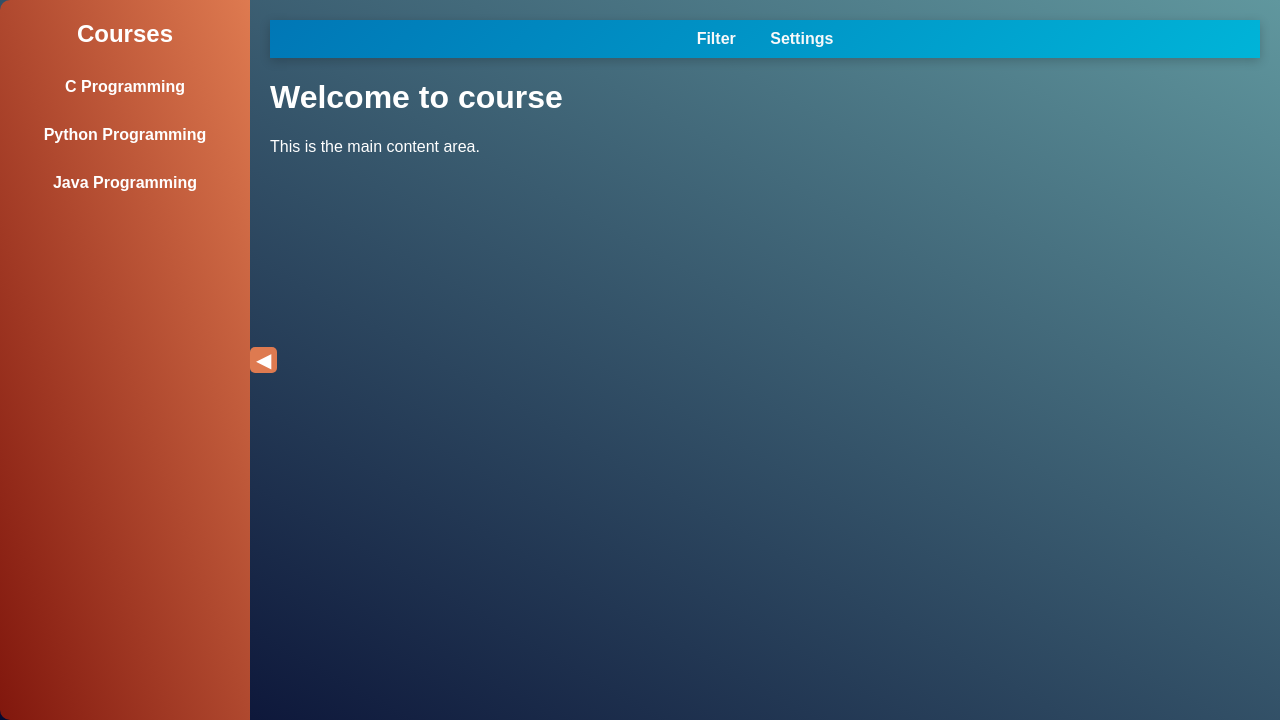
Repository: RishitSharma88/SeaGro
Page: templates/coursetemp.html
These files come from the project's save history. The page is drawn as it stood at one moment and after the next save; the edit follows.
The browser window is 1280 px wide. The pictures show the whole page.
The template is drawn by Flask 3. The application's start-up code is not run. The template is opened directly, without the code that normally fills it, so the values that code supplies are empty.

Above is the page before, as saved 2024-12-27 14:37:25.

After the next save:
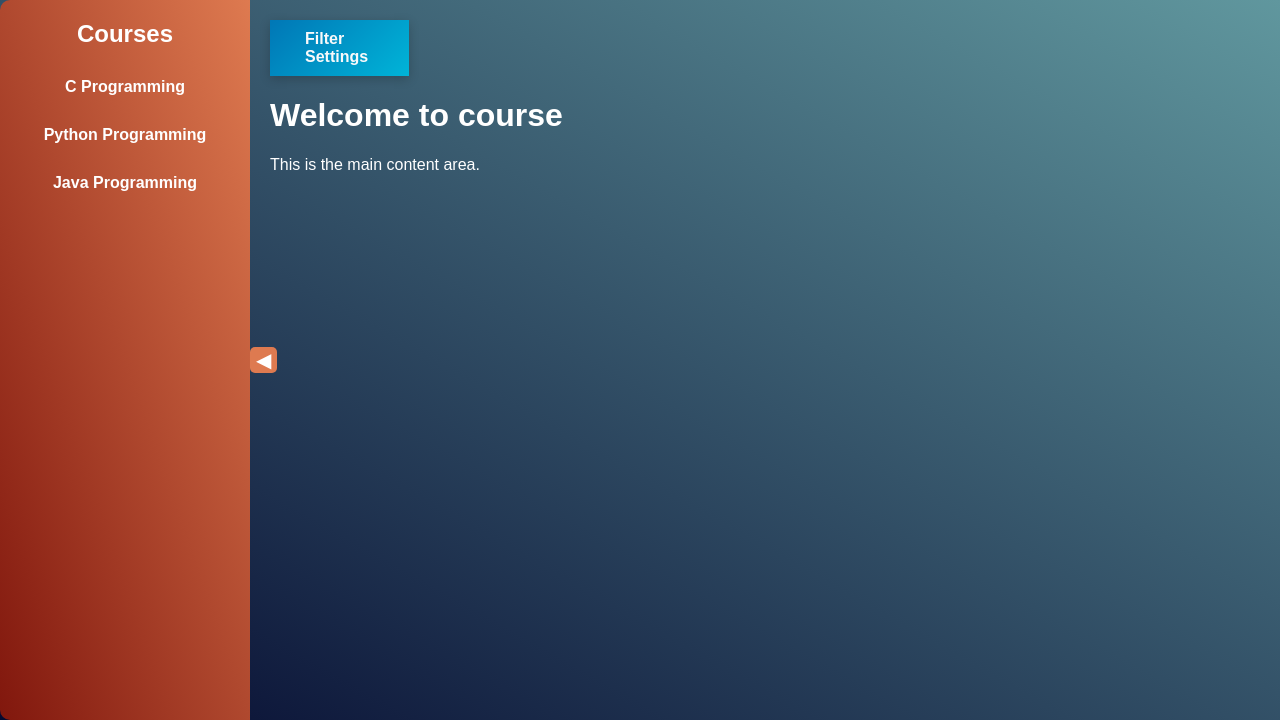
Saved 30 s later.
--- a/templates/coursetemp.html
+++ b/templates/coursetemp.html
@@ -104,7 +104,7 @@
             position: sticky;
             top: 0;
             z-index: 1000;
-            width:auto;
+            width:10%;
         }
 
         .navbar a {
